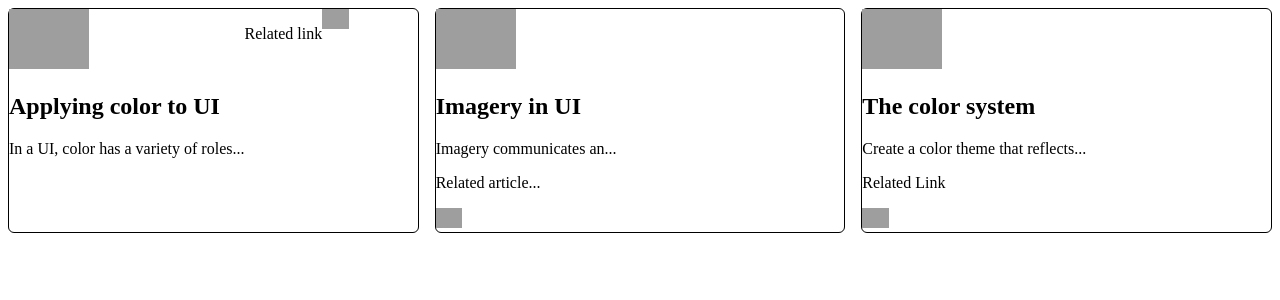
Repository: Sc-Juju/tres-cards
Page: index.html
The author's editor kept a copy of each file at every save. The page is drawn from the files as they stood at one save, then again after the next save.
The browser window is 1280 px wide. The pictures show the whole page.
Pictures or frames that could not be fetched are drawn as grey boxes. Some web libraries are served in a nearby version.

Above is the page before, as saved 2022-09-29 14:22:44.

### index.html
<!DOCTYPE html>
<html lang="en">
	<head>
		<link
			rel="stylesheet"
			href="https://cdnjs.cloudflare.com/ajax/libs/font-awesome/6.2.0/css/all.min.css"
			integrity="sha512-xh6O/CkQoPOWDdYTDqeRdPCVd1SpvCA9XXcUnZS2FmJNp1coAFzvtCN9BmamE+4aHK8yyUHUSCcJHgXloTyT2A=="
			crossorigin="anonymous"
			referrerpolicy="no-referrer"
		/>
		<link rel="stylesheet" href="./main.css" />
		<meta charset="UTF-8" />
		<meta http-equiv="X-UA-Compatible" content="IE=edge" />
		<meta name="viewport" content="width=device-width, initial-scale=1.0" />
		<script
			src="https://kit.fontawesome.com/020fb16134.js"
			crossorigin="anonymous"
		></script>
		<title>Tres cards</title>
	</head>
	<body>
		<div class="tres-cards">
			<div class="card">
				<div class="card-image">
					<img
						src="https://cdn.icon-icons.com/icons2/91/PNG/128/color_wheel_16443.png"
						alt="color-wheel"
					/>
					<h2>Applying color to UI</h2>
					<p>In a UI, color has a variety of roles...</p>
				</div>
				<p>Related link</p>
				<img
					src="https://www.pngfind.com/pngs/m/510-5107490_vector-arrow-png-arrow-pointing-to-top-right.png"
					alt="arrow"
					class="arrow"
				/>
			</div>
			<div class="card">
				<div class="card-image">
					<img
						src="https://wac-cdn.atlassian.com/dam/jcr:1a5346ae-771f-4dde-8df8-b76738b612e2/Card-Spot-Illo-Speech-Bubbbles-@2x.png?cdnVersion=543"
						alt="text-cloud"
					/>
					<h2>Imagery in UI</h2>
					<p>Imagery communicates an...</p>
					<p>Related article...</p>
					<img
						src="https://www.pngfind.com/pngs/m/510-5107490_vector-arrow-png-arrow-pointing-to-top-right.png"
						alt="arrow"
						class="arrow"
					/>
				</div>
			</div>
			<div class="card">
				<div class="card-image">
					<img
						src="https://cdn.icon-icons.com/icons2/91/PNG/128/color_wheel_16443.png"
						alt="color-wheel"
					/>
					<h2>The color system</h2>
					<p>Create a color theme that reflects...</p>
					<p>Related Link</p>
					<img
						src="https://www.pngfind.com/pngs/m/510-5107490_vector-arrow-png-arrow-pointing-to-top-right.png"
						alt="arrow"
						class="arrow"
					/>
				</div>
			</div>
		</div>
	</body>
</html>

### main.css
.tres-cards{
    display:grid;
    grid-template-columns:repeat(3,1fr);
    gap:1em;
}
.card{
    border: 1px solid black;
    border-radius: 6px;
    display:flex;
}
img{
    height:60px;
}
.arrow{
    height: 20px;
}

After the next save:
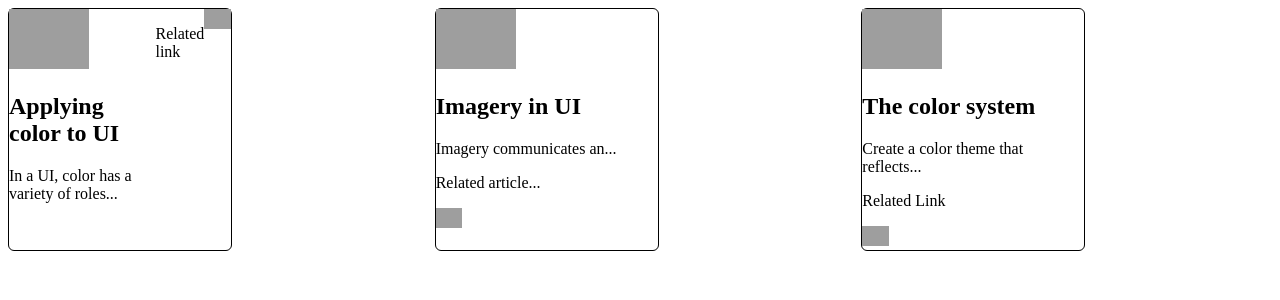
Saved 40 s later.
--- a/main.css
+++ b/main.css
@@ -4,6 +4,7 @@
     gap:1em;
 }
 .card{
+    width: 222px;
     border: 1px solid black;
     border-radius: 6px;
     display:flex;

After the save that followed:
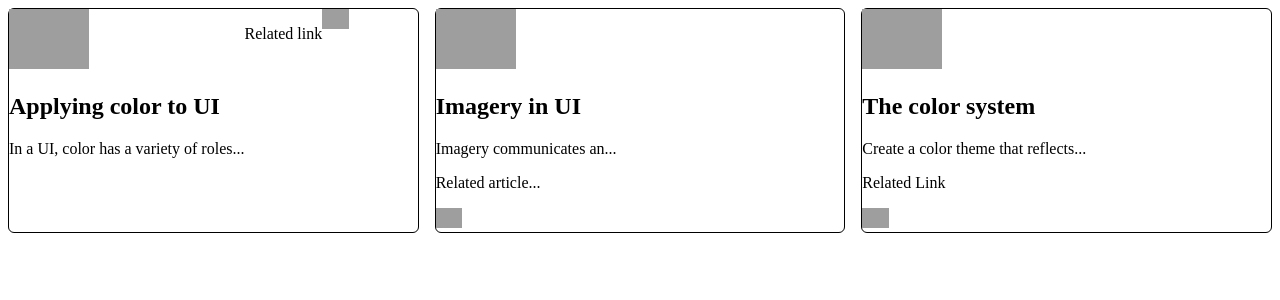
Saved 23 s later.
--- a/main.css
+++ b/main.css
@@ -4,7 +4,6 @@
     gap:1em;
 }
 .card{
-    width: 222px;
     border: 1px solid black;
     border-radius: 6px;
     display:flex;
